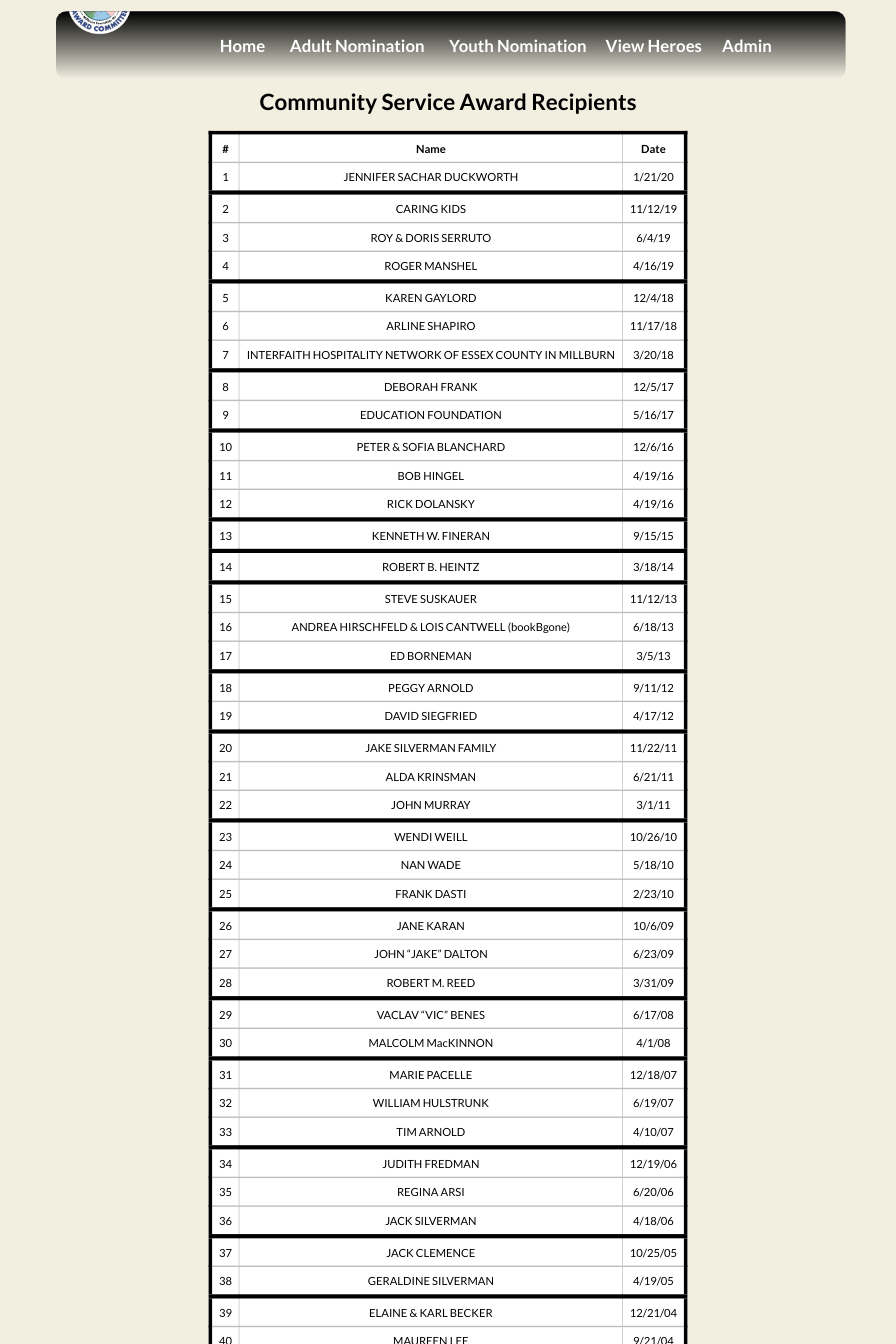
Repository: Centrattic/Young-Heroes-Website
Page: http://localhost/Frontend/before2020.php
The author's editor kept a copy of each file at every save. The page is drawn from the files as they stood at one save, then again after the next save.
The browser window is 1280 px wide. The pictures show the part of the page from y = 0 to 1920 px (the page is 3839 px tall), at 70% of full size.
The page is run by PHP 8.4 with error messages shown; the project is at /var/www/html/.

Above is the page before, as saved 2020-12-21 15:24:28.

After the next save:
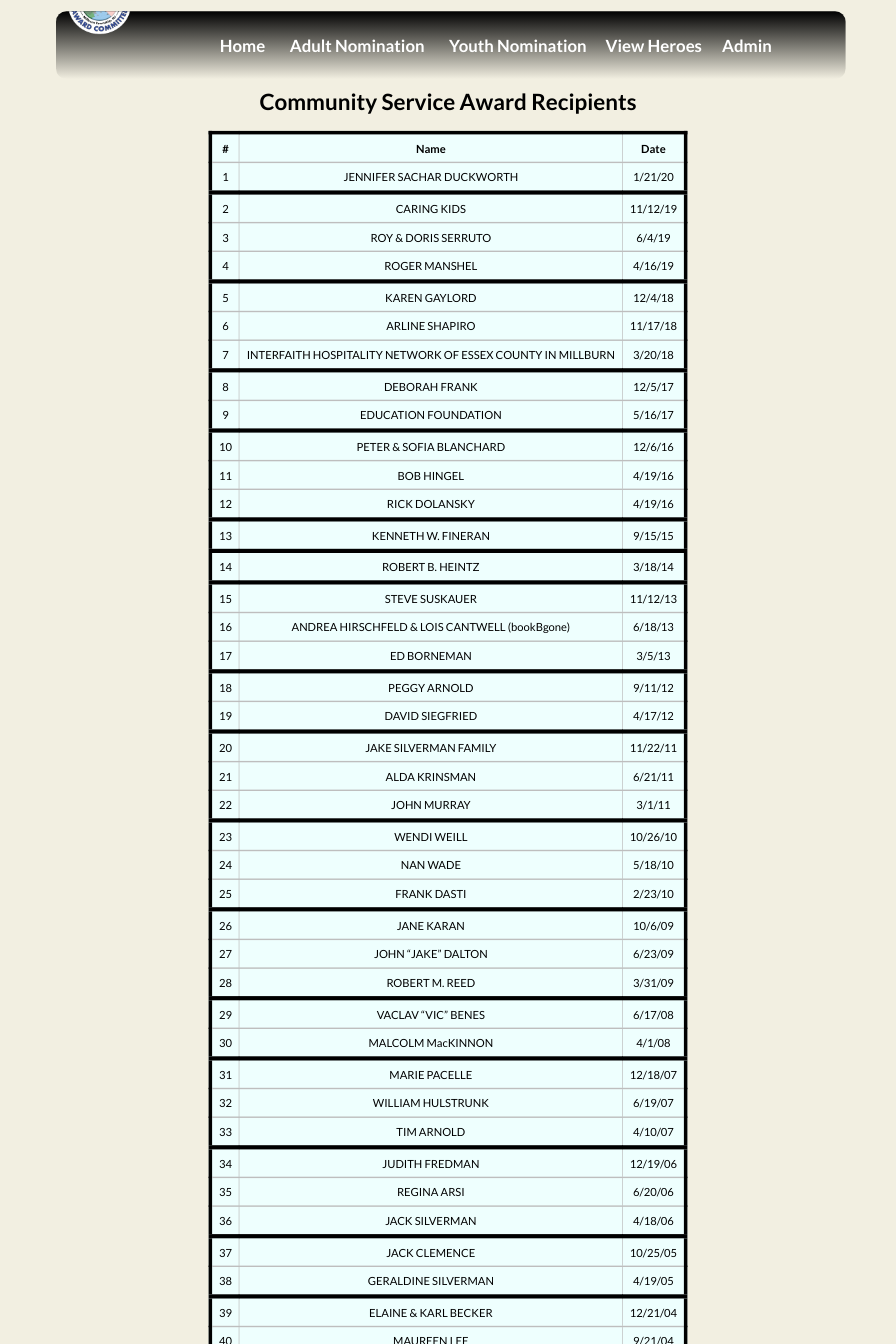
Saved 11 s later.
--- a/Eagle Project/Frontend/before2020.php
+++ b/Eagle Project/Frontend/before2020.php
@@ -25,7 +25,7 @@
             margin: 0 auto;
             border: 5px solid black;
             border-radius: 0px;
-            background-color: #FEFFFE;
+            background-color: #EEFFFE;
             width: 60%;
         }
 

After the save that followed:
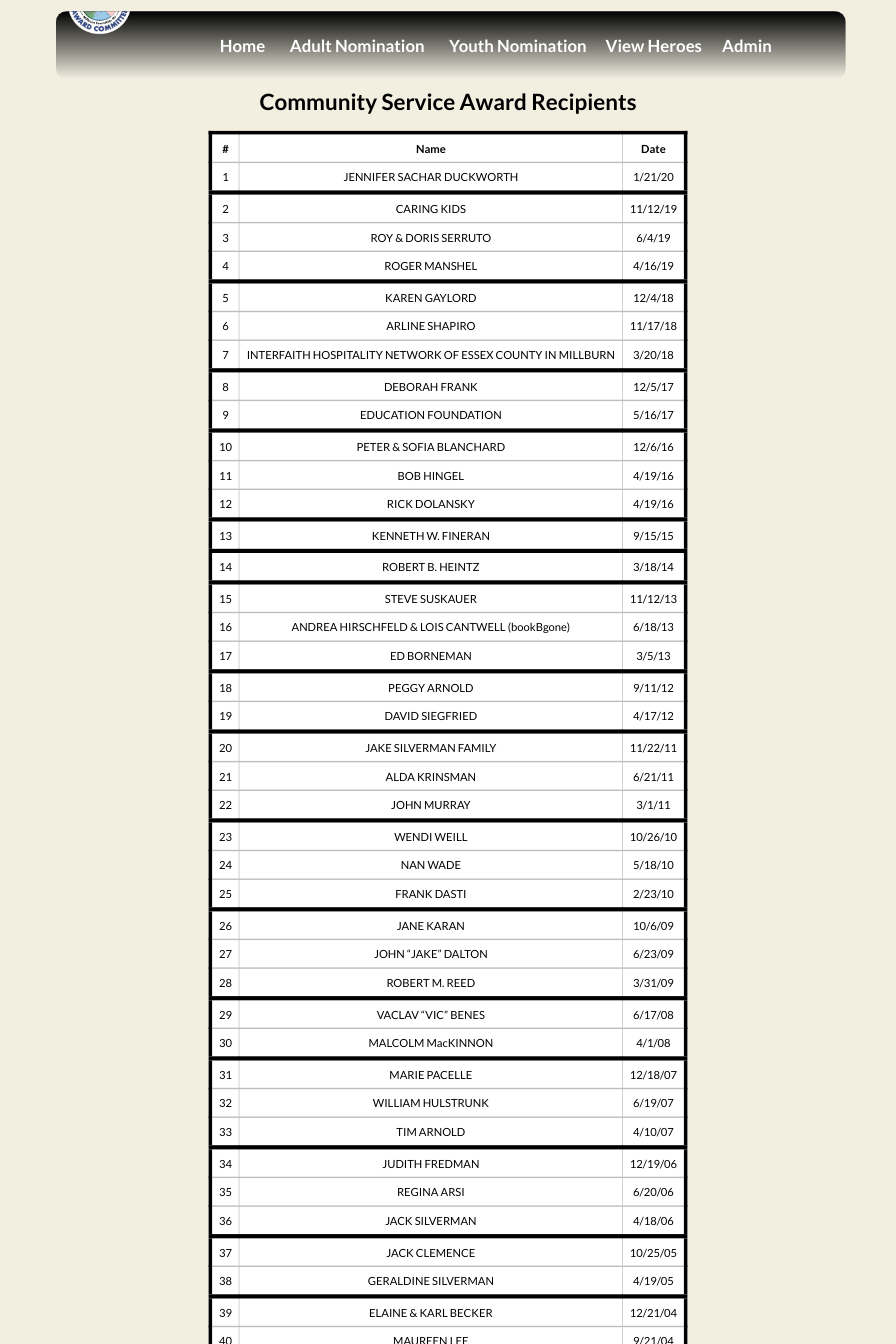
Saved 6 s later.
--- a/Eagle Project/Frontend/before2020.php
+++ b/Eagle Project/Frontend/before2020.php
@@ -25,7 +25,7 @@
             margin: 0 auto;
             border: 5px solid black;
             border-radius: 0px;
-            background-color: #EEFFFE;
+            background-color: #FEFFFE;
             width: 60%;
         }
 
